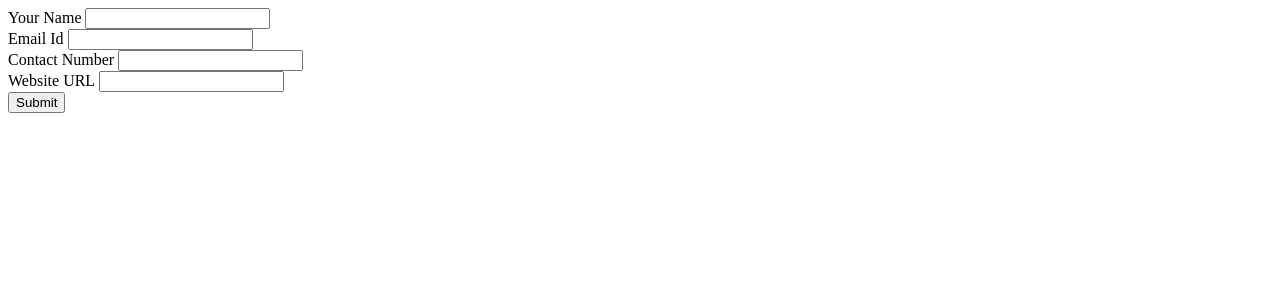
Repository: usaeed/Project2018
Page: http://localhost/curdProject/create.jsp
These files come from the project's save history. The page is drawn as it stood at one moment and after the next save; the edit follows.
The browser window is 1280 px wide. The pictures show the whole page.
The page is served by Tomcat 9.

Above is the page before, as saved 2018-02-02 10:16:09.

### curdProject/WebContent/create.jsp
<%@ page language="java" contentType="text/html; charset=ISO-8859-1"
    pageEncoding="ISO-8859-1"%>
<!DOCTYPE html PUBLIC "-//W3C//DTD HTML 4.01 Transitional//EN" "http://www.w3.org/TR/html4/loose.dtd">
<%@include file="connect.jsp"%>
<html>
<head>
<meta http-equiv="Content-Type" content="text/html; charset=ISO-8859-1">
<title>Insert title here</title>
</head>
<body>

<form action="xxx.jsp">
<label>Your Name</label>
<input name="name" type="text" width="100px;"><br>
<label>Email Id</label>
<input name="email" type="text"><br>
<label>Contact Number</label>
<input name="contact" type="text"><br>
<label>Website URL</label>
<input name="website" type="text"><br>
<input type="submit" value="Submit">
</form>
</body>
</html>

### curdProject/WebContent/connect.jsp
<%@ page language="java" contentType="text/html; charset=ISO-8859-1"
	pageEncoding="ISO-8859-1"%>
<%@page import="java.sql.DriverManager"%>
<%@page import="java.sql.ResultSet"%>
<%@page import="java.sql.Statement"%>
<%@page import="java.sql.Connection"%>
<%
	String id = request.getParameter("userid");
	String driver = "com.mysql.jdbc.Driver";
	String connectionUrl = "jdbc:mysql://localhost:3306/";
	String database = "curddb";
	String userid = "root";
	String password = "";
	try {
		Class.forName(driver);
	} catch (ClassNotFoundException e) {
		e.printStackTrace();
	}
	Connection connection = null;
	Statement statement = null;
	ResultSet resultSet = null;
%>

After the next save:
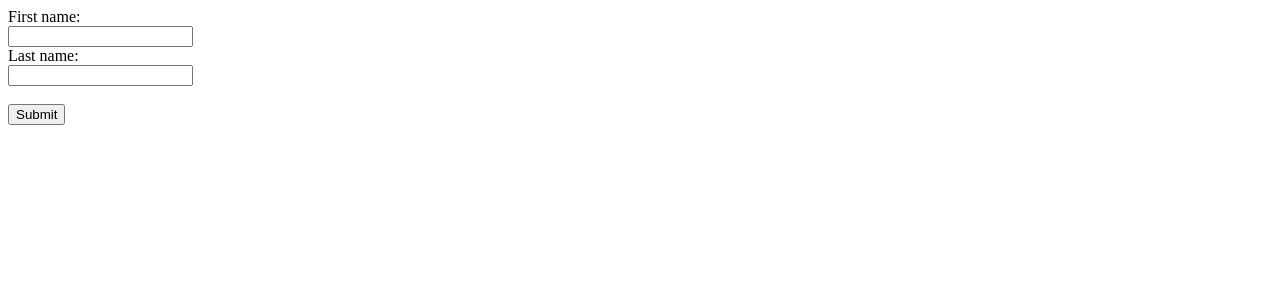
Saved 114 s later.
--- a/curdProject/WebContent/create.jsp
+++ b/curdProject/WebContent/create.jsp
@@ -9,16 +9,13 @@
 </head>
 <body>
 
-<form action="xxx.jsp">
-<label>Your Name</label>
-<input name="name" type="text" width="100px;"><br>
-<label>Email Id</label>
-<input name="email" type="text"><br>
-<label>Contact Number</label>
-<input name="contact" type="text"><br>
-<label>Website URL</label>
-<input name="website" type="text"><br>
-<input type="submit" value="Submit">
+<form action="/action_page.php">
+  First name:<br>
+  <input type="text" name="firstname"><br>
+  Last name:<br>
+  <input type="text" name="lastname"><br><br>
+  <input type="submit" value="Submit">
 </form>
+
 </body>
 </html>
